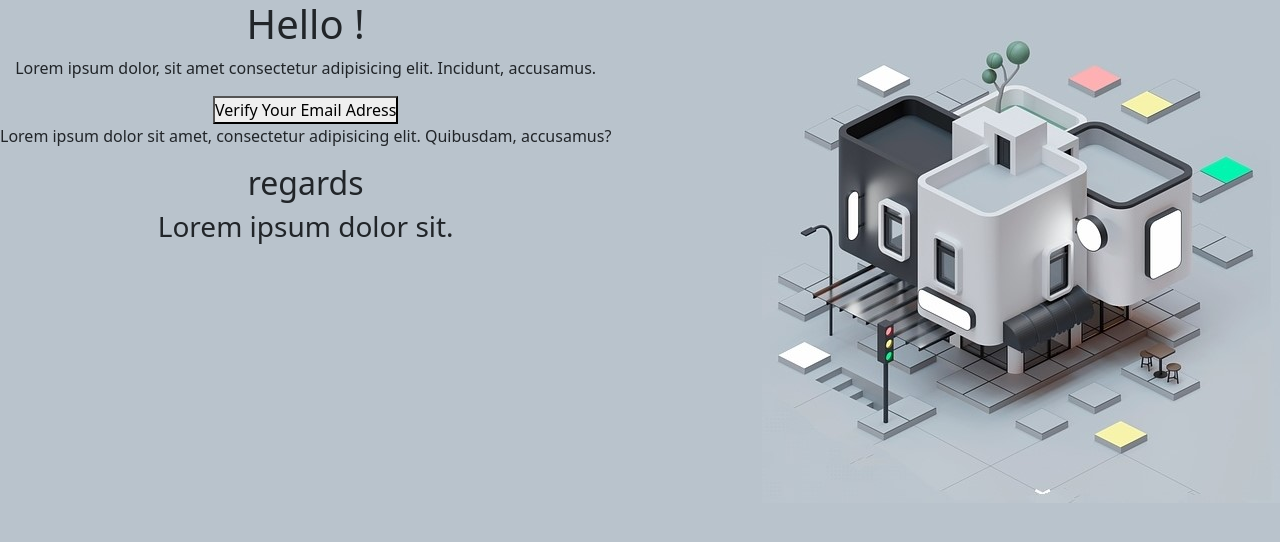
Repository: Aayush919/taskui
Page: index.html
The author's editor kept a copy of each file at every save. The page is drawn from the files as they stood at one save, then again after the next save.
The browser window is 1280 px wide. The pictures show the whole page.

Above is the page before, as saved 2024-01-12 12:40:55.

### index.html
<!doctype html>
<html lang="en">

<head>
    <meta charset="utf-8">
    <meta name="viewport" content="width=device-width, initial-scale=1">
    <title>Bootstrap demo</title>
    <link href="https://cdn.jsdelivr.net/npm/bootstrap@5.3.2/dist/css/bootstrap.min.css" rel="stylesheet"
        integrity="sha384-T3c6CoIi6uLrA9TneNEoa7RxnatzjcDSCmG1MXxSR1GAsXEV/Dwwykc2MPK8M2HN" crossorigin="anonymous">
        <link rel="stylesheet" href="style.css">
</head>

<body>



    <div class="custom-bg">
        <div class="right">
          <div class="top">
            <h1>Hello !</h1>
            <p>Lorem ipsum dolor, sit amet consectetur adipisicing elit. Incidunt, accusamus.</p>
            <button>Verify Your Email Adress</button>
            <p>Lorem ipsum dolor sit amet, consectetur adipisicing elit. Quibusdam, accusamus?</p>
            <h2>regards</h2>
            <h3>Lorem ipsum dolor sit.</h3>
          </div>
        </div>
        <div class="left">
            <img src="./bg.jpg" alt="" class="img-fluid">
        </div>

    </div>

    <script src="https://cdn.jsdelivr.net/npm/bootstrap@5.3.2/dist/js/bootstrap.bundle.min.js"
        integrity="sha384-C6RzsynM9kWDrMNeT87bh95OGNyZPhcTNXj1NW7RuBCsyN/o0jlpcV8Qyq46cDfL"
        crossorigin="anonymous"></script>
</body>

</html>

<!-- -->

### style.css
*{
margin: 0;
padding: 0;
box-sizing: border-box;
}


html,body{
    height: 100%;
    width: 100%;

}

.custom-bg{
    background-color:#B9C3CC;
    height: 100%;
    width: 100%;
    display: flex;
    justify-content: space-between;


}

@media(max-width:667px){
    .custom-bg{
        flex-direction: column;
    }
}


.custom-bg .left img{
    right: 0px;

}




.right .top{
    display:flex;
    flex-direction: column;
    align-items: center;
    height: 400px;


}

After the next save:
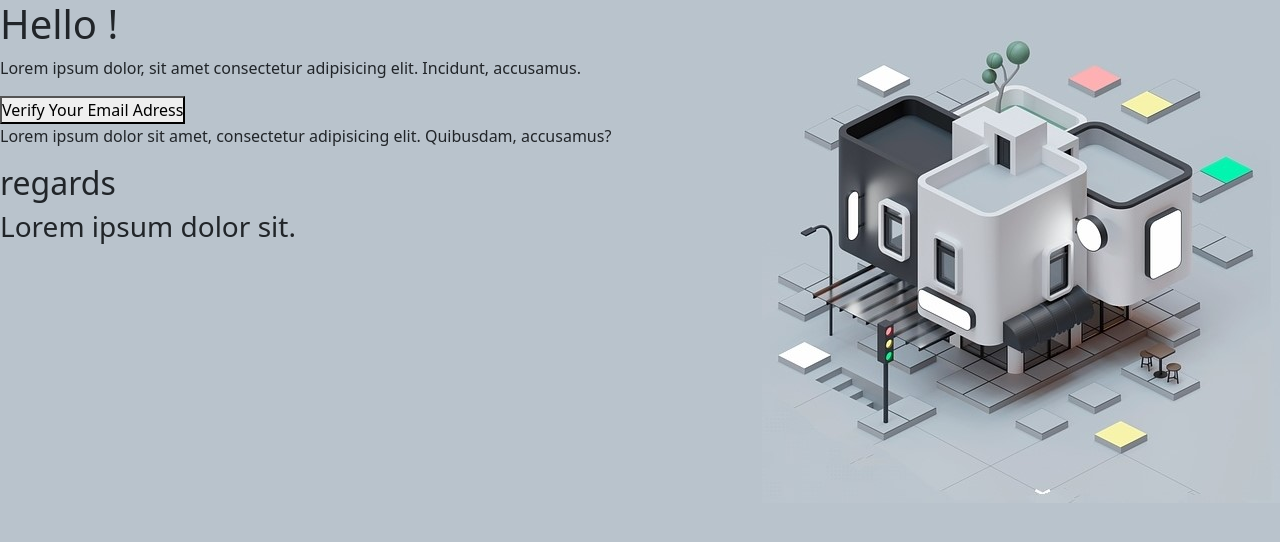
Saved 6 s later.
--- a/style.css
+++ b/style.css
@@ -32,15 +32,3 @@ html,body{
     right: 0px;
 
 }
-
-
-
-
-.right .top{
-    display:flex;
-    flex-direction: column;
-    align-items: center;
-    height: 400px;
-
-
-}
